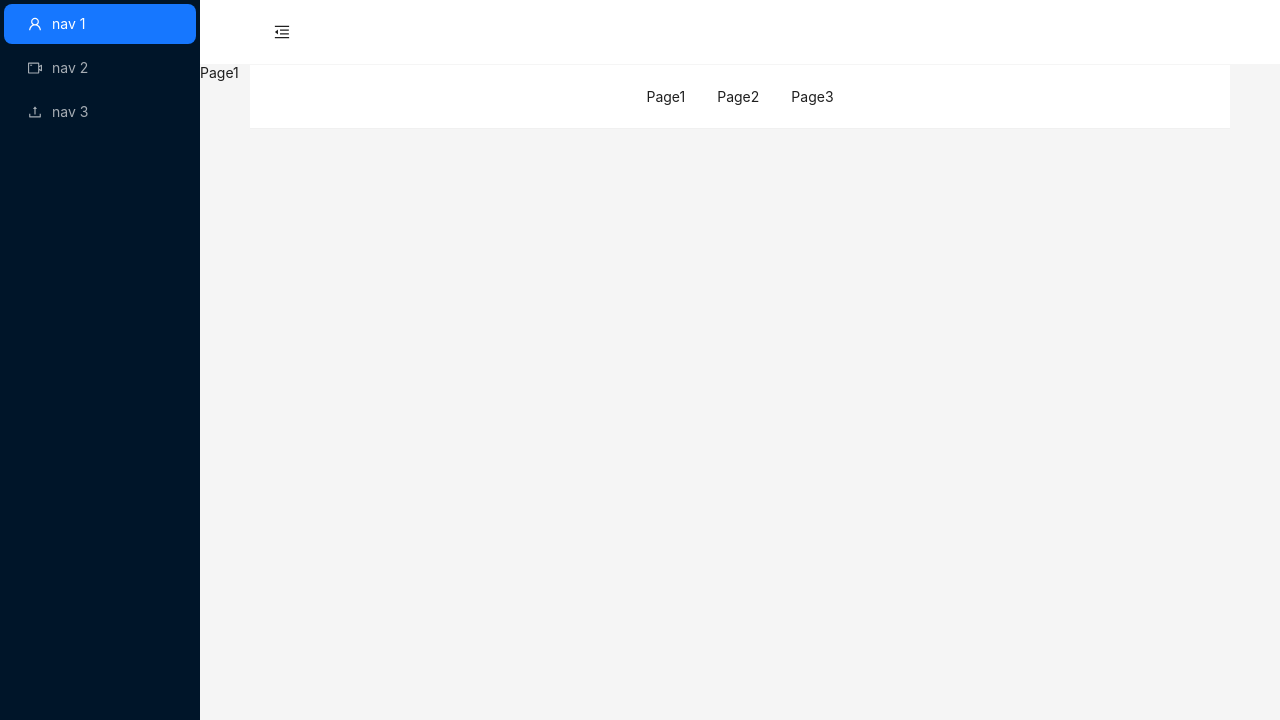
Repository: BESTETURKMEN/e-commerce
Page: /
The author's editor kept a copy of each file at every save. The page is drawn from the files as they stood at one save, then again after a run of saves.
The browser window is 1280 px wide. The pictures show the whole page.
The project was rebuilt for these pictures with package versions that can differ from the ones it lists, and the page was loaded fresh each time. Also part of the build but not shown: webpack.config.js, src/pages/page2.jsx, src/pages/page3.jsx.

Above is the page before, as saved 2023-08-21 10:38:59.

### public/index.html
<!DOCTYPE html>
<html lang="en">
  <head>
    <meta charset="utf-8" />

    <meta name="viewport" content="width=device-width, initial-scale=1" />
    <meta name="theme-color" content="#000000" />
    <meta
      name="description"
      content="Web site created using create-react-app"
    />
    <link rel="apple-touch-icn" href="" />

    <title>React App</title>
  </head>
  <body>
    <noscript>You need to enable JavaScript to run this app.</noscript>
    <div id="root"></div>
  </body>
</html>

### src/index.js
import React from "react";
import ReactDOM from "react-dom/client";

import { HashRouter } from "react-router-dom";

import reportWebVitals from "./reportWebVitals";
import RouteWrapper from "./config/routeWrapper";

const root = ReactDOM.createRoot(document.getElementById("root"));
root.render(
  <React.StrictMode>
    <HashRouter>
      <RouteWrapper />
    </HashRouter>
  </React.StrictMode>
);

// If you want to start measuring performance in your app, pass a function
// to log results (for example: reportWebVitals(console.log))
// or send to an analytics endpoint. Learn more: https://bit.ly/CRA-vitals
reportWebVitals();

### src/config/routeWrapper.jsx
import React from "react";
import { Route, Routes } from "react-router";

import Index from "../layout";
import Page1 from "../pages/page1";
import Page2 from "../pages/page2";
import Page3 from "../pages/page3";

export default function RouteWrapper() {
  return (
    <div>
      <Routes>
        <Route element={<Index />}>
          <Route path="/" element={<Page1 />} />
          <Route path="/Page2" element={<Page2 />} />
          <Route path="/Page3" element={<Page3 />} />
        </Route>
      </Routes>
    </div>
  );
}

### src/layout/index.jsx
import React from "react";
import { Outlet } from "react-router";
import { Layout } from "antd";

import Header from "./header";

import "./layout.scss";
import Sider from "./sider";

export default function Index() {
  return (
    <div className="layout">
      <Layout>
        <Layout.Sider>
          <Sider />
        </Layout.Sider>
        <Layout>
          <Layout.Header>
            <Header />
          </Layout.Header>
          <Layout.Content className="content">
            <Outlet />
          </Layout.Content>
        </Layout>
      </Layout>
    </div>
  );
}

### src/pages/page1.jsx
import React from "react";

export default function Page1() {
  return <div>Page1</div>;
}

### src/layout/header.jsx
import { Button, Menu } from "antd";
import React, { useState } from "react";
import { Link } from "react-router-dom";
import "./layout.scss";
import { MenuFoldOutlined, MenuUnfoldOutlined } from "@ant-design/icons";
export default function Header() {
  const [collapsed, setCollapsed] = useState(false);
  const menu = [
    {
      key: "1",
      label: "Page1",
      path: "/",
    },
    {
      key: "2",
      label: "Page2",
      path: "/Page2",
    },
    {
      key: "3",
      label: "Page3",
      path: "/Page3",
    },
  ];
  return (
    <div className="header">
      <Button
        type="text"
        icon={collapsed ? <MenuUnfoldOutlined /> : <MenuFoldOutlined />}
        onClick={() => setCollapsed(!collapsed)}
        style={{
          fontSize: "16px",
          width: 64,
          height: 64,
        }}
      />
      <div className="menuLine">
        <Menu mode="horizontal">
          {menu.map((item) => (
            <Menu.Item key={item.key}>
              <Link to={item.path}>{item.label}</Link>
            </Menu.Item>
          ))}
        </Menu>
      </div>
    </div>
  );
}

### src/layout/layout.scss
* {
  margin: 0;
  padding: 0;
  box-sizing: border-box;
}

.layout {
  .ant-layout {
    height: 100vh;
    .ant-layout-header {
      background-color: rgb(255, 255, 255) !important;
      .header {
        .menuLine {
          .ant-menu {
            display: flex;
            align-items: center;
            justify-content: center;
          }
        }
      }
    }
  }
}

### src/layout/sider.jsx
import { Menu } from "antd";
import React from "react";
import {
  UploadOutlined,
  UserOutlined,
  VideoCameraOutlined,
} from "@ant-design/icons";

export default function Sider() {
  return (
    <div className="sider">
      <div className="demo-logo-vertical" />
      <Menu
        theme="dark"
        mode="inline"
        defaultSelectedKeys={["1"]}
        items={[
          {
            key: "1",
            icon: <UserOutlined />,
            label: "nav 1",
          },
          {
            key: "2",
            icon: <VideoCameraOutlined />,
            label: "nav 2",
          },
          {
            key: "3",
            icon: <UploadOutlined />,
            label: "nav 3",
          },
        ]}
      />
    </div>
  );
}

Loaded but not shown: src/reportWebVitals.js (common file)

After the next 2 saves:
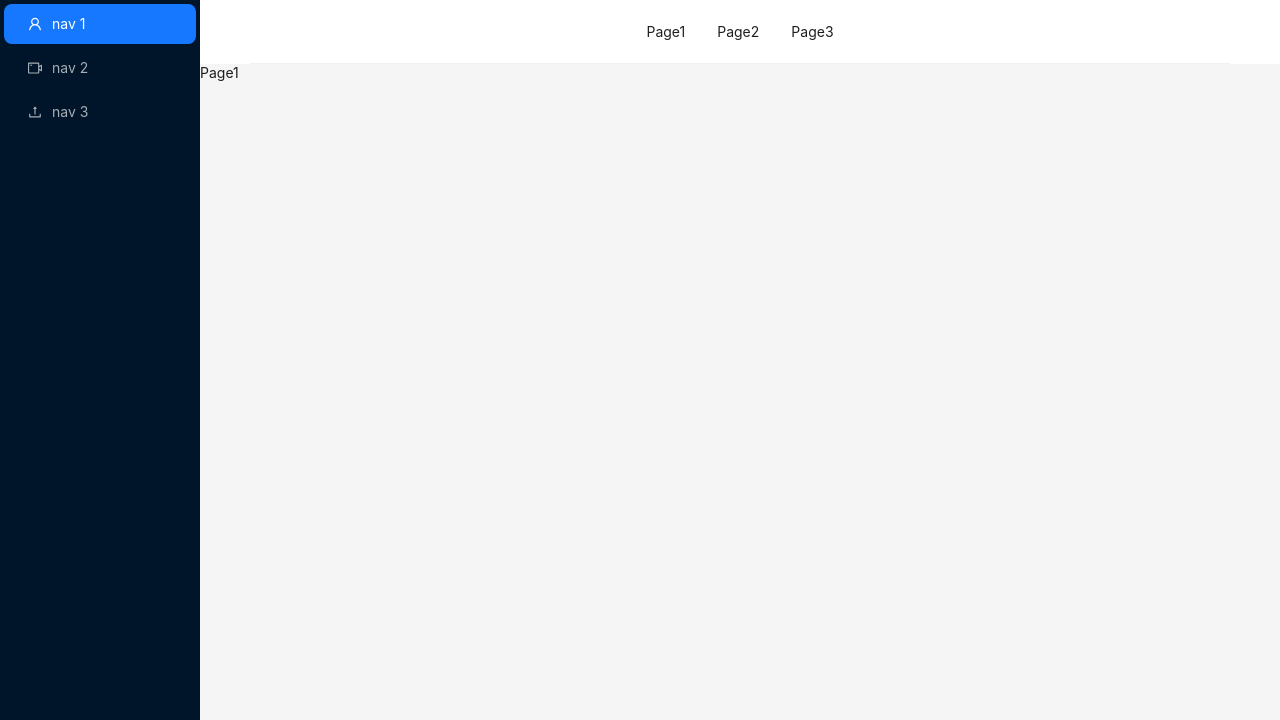
The 2 saves are shown as one change because 1 did not build or start.
The last was saved 24 s later.
--- a/src/layout/header.jsx
+++ b/src/layout/header.jsx
@@ -2,9 +2,8 @@ import { Button, Menu } from "antd";
 import React, { useState } from "react";
 import { Link } from "react-router-dom";
 import "./layout.scss";
-import { MenuFoldOutlined, MenuUnfoldOutlined } from "@ant-design/icons";
+
 export default function Header() {
-  const [collapsed, setCollapsed] = useState(false);
   const menu = [
     {
       key: "1",
@@ -24,16 +23,6 @@ export default function Header() {
   ];
   return (
     <div className="header">
-      <Button
-        type="text"
-        icon={collapsed ? <MenuUnfoldOutlined /> : <MenuFoldOutlined />}
-        onClick={() => setCollapsed(!collapsed)}
-        style={{
-          fontSize: "16px",
-          width: 64,
-          height: 64,
-        }}
-      />
       <div className="menuLine">
         <Menu mode="horizontal">
           {menu.map((item) => (
